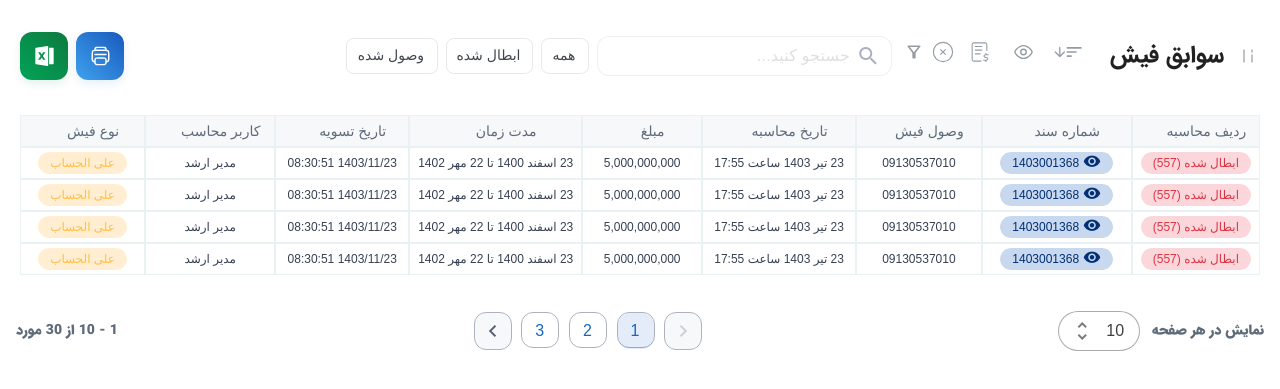
Repository: mobinazarein/data-table
Page: /
The author's editor kept a copy of each file at every save. The page is drawn from the files as they stood at one save, then again after the next save.
The browser window is 1280 px wide. The pictures show the whole page.
Some web fonts or font styles are not loaded; a fallback is used. The project was rebuilt for these pictures with package versions that can differ from the ones it lists, and the page was loaded fresh each time. Also part of the build but not shown: vue.config.js.

Above is the page before, as saved 2025-03-26 10:40:14.

### public/index.html
<!DOCTYPE html>
<html lang="en" dir="rtl">
  <head>
    <meta charset="utf-8">
    <meta http-equiv="X-UA-Compatible" content="IE=edge">
    <meta name="viewport" content="width=device-width,initial-scale=1.0">
    <link rel="icon" href="<%= BASE_URL %>favicon.ico">
    <title><%= htmlWebpackPlugin.options.title %></title>
  </head>
  <body>
    <noscript>
      <strong>We're sorry but <%= htmlWebpackPlugin.options.title %> doesn't
        work properly without JavaScript enabled. Please enable it to
        continue.</strong>
    </noscript>
    <div id="app"></div>
    <!-- built files will be auto injected -->
  </body>
</html>

### src/assets/base.scss
// @import "./styles/fonts";

*,
*::before,
*::after {
  box-sizing: border-box;
  margin: 0;
  font-weight: normal;
  font-family: "IRANSans", sans-serif;
  letter-spacing: 0;
}

body {
  font-family: "IRANSans", sans-serif !important;
}
h1,
h2 {
  font-family: "IRANSans", sans-serif;
  font-weight: 700;
}
p {
  font-family: "IRANSans", sans-serif;
  font-weight: 400;
}
.v-field.v-field--center-affix.v-field--prepended.v-field--variant-outlined.v-theme--light.v-locale--is-rtl {
  border-radius: 12px !important;
}
.v-field__prepend-inner {
  color: #737993;
}

label.v-label.v-field-label {
  color: #c7cacf;
}

.v-field.v-field--center-affix.v-field--prepended.v-field--variant-outlined.v-theme--light.v-locale--is-rtl {
  color: #77787f4d;
}
/* .v-table__wrapper {
  overflow: hidden;
} */
.v-data-table thead {
  background-color: #f6f8fa !important;
  width: 138.41665649414062px;
  height: 32px !important;
}

.v-data-table thead th {
  height: 32px !important;
  color: #5f6b7a !important;
  font-weight: 700 !important;
  border: 1px solid #eaf1f2 !important;
  padding: 0 8px !important;
}

.v-data-table tbody tr td {
  height: 32px !important;
  color: #364153 !important;
  font-weight: 500 !important;
  border: 1px solid #eaf1f2 !important;
  white-space: nowrap !important;
  overflow: hidden !important;
  text-overflow: ellipsis !important;
  height: 32px !important;
  padding: 0 8px !important;
  font-size: 12px !important;
  padding: 0 8px !important;
  font-weight: 400 !important;
}

.v-data-table tbody tr {
  height: 32px !important;
}

td.v-data-table__td.v-data-table-column--align-center {
  font-size: 12px !important;
  height: 32px !important;
}

th {
  white-space: nowrap;
}

.custom-pagination .v-pagination__item {
  border-radius: 12px !important;
  min-width: 36px !important;
  height: 36px !important;
  font-size: 14px !important;
  color: #5b6176 !important;
  border: 1px solid #aeb2c0 !important;
}

.custom-pagination .v-pagination__item--active {
  border-radius: 12px !important;
  min-width: 36px !important;
  height: 36px !important;
  background-color: #b8dada !important;
  color: #148976 !important;
  border: 1px solid #148976 !important;
  font-weight: bold !important;
  box-shadow: none !important;
}

### src/components/DataTable.vue
<template>
  <v-container fluid>
    <!-- desktop -->
    <v-row class="align-center py-3 px-1 d-none d-md-flex" no-gutters>
      <v-col cols="12" md="10" class="d-flex align-center  justify-start">
        <div class="d-flex align-center gap-24 justify-start">
          <div class="d-flex align-center text-nowrap">
            <component :is="iconComponent" />
            <h2 class="mr-3 ml-5 text-nowrap " style="white-space: nowrap;">{{ title }}</h2>
          </div>
          <!-- <PaginationIcon class="mx-1" />
          <EyeIcon class="mx-1" />
          <InvoiceIcon class="mx-1 ml-2" />
          <CircleCross class="mx-1 ml-2" />
          <FilterIcon class="mx-1" /> -->
          <div v-for="(icon, index) in iconList" :key="index">
            <component v-if="icon" :is="icon" class="mx-1" />
          </div>
          <v-text-field v-if="showSearchBtn" variant="outlined" density="compact" hide-details
            class="custom-text-field mx-2" label="جستجو کنید..." prepend-inner-icon="mdi-magnify" width="295.6875px" />
          <!-- <v-btn variant="outlined" color="gray" class="rounded-lg ml-2 filter-btn"
            style="max-width: 48px;min-width: 48px;font-size: 14px !important;">همه</v-btn>
          <v-btn variant="outlined" color="gray" class="ml-2 rounded-lg filter-btn"
            style="max-width: 87px;min-width: 87px;font-size: 14px !important;">ابطال شده</v-btn>
          <v-btn variant="outlined" color="gray" class="ml-2 rounded-lg filter-btn px-3"
            style="max-width: 92px;min-width: 92px;font-size: 14px !important;">وصول شده</v-btn> -->
          <v-btn v-for="(button, index) in buttons" :key="index" variant="outlined" color="gray"
            class="ml-2 rounded-lg filter-btn"
            :style="{ maxWidth: button.width + 'px', minWidth: button.width + 'px', fontSize: button.fontSize, borderRadius: button.borderRadius }">
            {{ button.label }}
          </v-btn>
        </div>
      </v-col>
      <v-col cols="auto" md="2" class="d-flex align-center justify-end" v-if="props.showExportButtons">
        <v-btn icon variant="flat" class="ml-2 printer-btn">
          <PrinterIcon />
        </v-btn>
        <v-btn icon variant="flat" class="excel-btn">
          <ExcelIcon />
        </v-btn>
      </v-col>
    </v-row>
    <!-- mobile-->
    <v-row class="align-center d-flex d-md-none flex-no-wrap justify-between ">
      <v-col cols="12" class="d-flex align-center flex-no-wrap">
        <v-row no-gutters>
          <v-col cols="12">
            <div class="d-flex justify-space-between gap-8">
              <h2 class="text-nowrap " style="font-size: 20px; font-weight: 700;">{{ title }}</h2>
              <div class="d-flex">
                <v-btn variant="outlined"
                  style="max-width: 44px !important;min-width:44px !important;height: 40px !important;font-size: 12px;font-weight: 400;border-radius: 62px !important;"
                  color="gray" class="rounded-xl px-4 ml-2 filter-btn">همه</v-btn>
                <v-btn variant="outlined"
                  style="max-width: 80px !important;min-width:74px !important;height: 40px !important;font-size: 12px;font-weight: 400;border-radius: 42px !important;"
                  color="gray" class="ml-2 rounded-xl px-4 filter-btn">ابطال شده</v-btn>
                <v-btn variant="outlined" color="gray" class=" rounded-xl px-4 filter-btn ml-1"
                  style="max-width: 89px !important;min-width:77px !important;height: 40px !important;font-size: 12px;font-weight: 400;border-radius: 42px !important;">وصول
                  شده</v-btn>
                <!-- <v-btn v-for="(button, index) in buttons" :key="index" variant="outlined" color="gray"
            class="ml-2 rounded-lg filter-btn"
            :style="{ maxWidth: button.width + 'px', minWidth: button.width + 'px', fontSize: button.fontSize, borderRadius: button.borderRadius }">
            {{ button.label }}
          </v-btn> -->
              </div>
            </div>
          </v-col>
        </v-row>
      </v-col>
      <v-col cols="12" class="d-flex justify-center">
        <div class="d-flex flex-column ">
          <div class="gap-8 d-flex justify-space-between flex-wrap">
            <PaginationIcon class="mx-1" />
            <EyeIcon class="mx-1" />
            <InvoiceIcon class="mx-1" />
            <CircleCross class="mx-1 mt-3 mr-3" />
            <FilterIcon class="mx-1 mt-3 mr-3" />
            <PrinterIcon iconColor="#767E8A" class="mx-1 mt-3 mr-3" />
            <ExcelIcon iconColor="#767E8A" class="mx-1 mt-3 mr-3  ml-5" />
          </div>
          <v-text-field width="341px" variant="outlined" hide-details class="custom-text-field mx-2"
            label="جستجو کنید..." prepend-inner-icon="mdi-magnify" v-if="showSearchBtn" />
        </div>
      </v-col>
    </v-row>
    <v-row no-gutters class="px-1">
      <v-col cols="12" md="12" class="mt-5">
        <v-data-table :headers="headers" :items="items" :items-per-page="props.itemsPerPage" hide-default-footer>
          <template v-for="column in props.customStyles" #[`item.${column.key}`]="{ item }" :key="column.key">
            <v-chip
              :style="{ backgroundColor: column.bgColor, color: column.textColor, height: '22px', fontSize: '12px', cursor: column.icon ? 'pointer' : 'default' }"
              class="font-weight-bold">
              <v-icon v-if="column.icon" :color="column.iconColor" :size="column.iconSize" class="ml-1 mb-1">
                {{ column.icon }}
              </v-icon>
              {{ item[column.key] }}
            </v-chip>
          </template>
        </v-data-table>
      </v-col>
    </v-row>
    <v-row class="justify-space-between d-md-none align-center px-1 mt-8 ">
      <div class="d-flex align-center ">
        <p class="footer-text">نمایش در هر صفحه</p>
        <v-select v-model="itemsPerPage" :items="[10, 20, 50]" density="compact" variant="outlined" rounded="pill"
          class="custom-select mr-3" hide-details menu-icon="mdi-unfold-more-horizontal"></v-select>
      </div>
      <div class="footer-middle">
        <span class="footer-text"> {{ startIndex }} - {{ endIndex }} از {{ totalItems }} مورد </span>
      </div>
      <div class="mt-5" style="margin-left: auto; margin-right: auto;">
        <v-pagination v-model="page" :length="totalPages" total-visible="5" rounded density="comfortable"
          color="primary" class="custom-pagination"></v-pagination>
      </div>
    </v-row>
    <v-row class="justify-space-between d-none d-md-flex align-center px-3 mt-8">
      <div class="d-flex align-center ">
        <p class="footer-text">نمایش در هر صفحه</p>
        <v-select v-model="itemsPerPage" :items="[10, 20, 50]" density="compact" variant="outlined" rounded="pill"
          class="custom-select mr-3" hide-details menu-icon="mdi-unfold-more-horizontal"></v-select>
      </div>
      <div class="footer-right">
        <v-pagination v-model="page" :length="totalPages" total-visible="5" rounded density="comfortable"
          color="primary" class="custom-pagination"></v-pagination>
      </div>
      <div class="footer-middle">
        <span class="footer-text"> {{ startIndex }} - {{ endIndex }} از {{ totalItems }} مورد </span>
      </div>
    </v-row>
  </v-container>
</template>
<script setup>
import PaginationIcon from '@/assets/Icons/PaginationIcon.vue';
import EyeIcon from '@/assets/Icons/EyeIcon.vue';
import InvoiceIcon from '@/assets/Icons/InvoiceIcon.vue';
import CircleCross from '@/assets/Icons/CircleCross.vue';
import FilterIcon from '@/assets/Icons/FilterIcon.vue';
import PrinterIcon from '@/assets/Icons/PrinterIcon.vue';
import ExcelIcon from '@/assets/Icons/ExcelIcon.vue';
import { ref, computed } from 'vue';
import { defineProps } from 'vue';
const props = defineProps({
  itemsPerPage: {
    type: Number,
    default: 10,
  },
  showExportButtons: {
    type: Boolean,
    default: true,
  },
  showSearchBtn: {
    type: Boolean,
    default: true
  },
  customStyles: { type: Array, default: () => [] },
  customIcon: { type: Array, default: () => [] },
  headers: { type: Array, required: true },
  items: { type: Array, required: true },
  title: {
    type: String,
    required: true
  },
  iconComponent: {
    type: [String, Object],
    required: true
  },
  iconList: {
    type: Array,
    required: true
  },
  buttons: {
    type: Array,
    required: true,
    default: () => [
      { label: "همه", width: 48 },
      { label: "ابطال شده", width: 87 },
      { label: "وصول شده", width: 92 }
    ]
  }
});
const page = ref(1);
const totalItems = ref(30);
const itemsPerPage = ref(props.itemsPerPage);
const totalPages = computed(() => Math.ceil(totalItems.value / itemsPerPage.value));
const startIndex = computed(() => (page.value - 1) * itemsPerPage.value + 1);
const endIndex = computed(() => Math.min(page.value * itemsPerPage.value, totalItems.value));
</script>
<style>
.custom-text-field :deep(.v-input__control) {
  height: 38px;
}

.excel-btn {
  background: linear-gradient(45deg, #02A357, #0D7A40) !important;
  color: white !important;
  border-radius: 12px !important;
  box-shadow: 0px 4px 10px #0A88481A !important;
  width: 48px !important;
  height: 48px !important;
}

.printer-btn {
  border-radius: 12px !important;
  box-shadow: 0px 4px 10px #216BCA1A !important;
  background: linear-gradient(45deg, #3FA2ED, #1859BD) !important;
  color: white !important;
  width: 48px !important;
  height: 48px !important;
}

.filter-btn:hover,
.filter-btn:focus,
.filter-btn.v-btn--active {
  background-color: #B8DADA !important;
  color: #148976 !important;
  border-color: #148976 !important;
}

.filter-btn {
  border-color: #AEB2C04D !important;
  color: #40474F !important;
  line-height: 180% !important;
  padding: 0px 12px !important;
}

.footer-text {
  color: #5F6B7A;
  font-size: 14px;
  font-weight: 500;
}

.custom-select {
  max-width: 90px;
}

.custom-pagination {
  --v-pagination-height: 40px;
}

button.v-btn.v-btn--icon.v-theme--light.text-primary.v-btn--density-comfortable.v-btn--rounded.v-btn--size-default.v-btn--variant-text {
  border-radius: 12px !important;
}

.custom-pagination .v-pagination__prev,
.custom-pagination .v-pagination__next {
  border-radius: 12px !important;
  background-color: #F6F8FA !important;
  color: #5B6176 !important;
  border: 1px solid #AEB2C0 !important;
}

.mdi-chevron-right::before {
  color: #5B6176 !important;
}

.mdi-chevron-left::before {
  color: #5B6176 !important;
}

.custom-pagination .v-pagination__prev:hover,
.custom-pagination .v-pagination__next:hover,
.custom-pagination .v-pagination__prev:focus,
.custom-pagination .v-pagination__next:focus,
.custom-pagination .v-pagination__prev.v-pagination__item--active,
.custom-pagination .v-pagination__next.v-pagination__item--active {
  border: 1px solid #148976 !important;
  color: #148976 !important;
}

.custom-pagination .v-pagination__item--active,
.custom-pagination .v-pagination__item:focus {
  border-radius: 12px !important;
  min-width: 36px !important;
  height: 36px !important;
  background-color: #D8EEF2 !important;
  color: #148976 !important;
  border: 1px solid #148976 !important;
  font-weight: bold !important;
}

.custom-pagination .v-pagination__item:hover {
  border: 1px solid #148976 !important;
  color: #148976 !important;
}

.custom-pagination .v-pagination__prev:hover,
.custom-pagination .v-pagination__next:hover {
  border: 1px solid #148976 !important;
  color: #148976 !important;
}

.footer-middle {
  font-size: 14px;
  color: #5F6B7A;
  font-weight: 500;
}
</style>

### src/assets/Icons/PauseIcon.vue
<template>
    <svg width="24" height="24" viewBox="0 0 24 24" fill="none" xmlns="http://www.w3.org/2000/svg">
        <path d="M8 6V18M16 6V8M16 18V11" stroke="#ADB0B4" stroke-width="1.5" stroke-linecap="round"
            stroke-linejoin="round" />
    </svg>
</template>

### src/assets/Icons/PaginationIcon.vue
<template>
    <svg width="36" height="48" viewBox="0 0 36 48" fill="none" xmlns="http://www.w3.org/2000/svg">
<path d="M9.79481 19.4529V28.5469M9.79481 28.5469L14.3418 23.9999M9.79481 28.5469L5.2478 23.9999" stroke="#969CA6" stroke-width="1.29915" stroke-linecap="round" stroke-linejoin="round"/>
<path d="M16.7693 28.9231H21.6924V27.282H16.7693V28.9231ZM16.7693 19.0769V20.7179H31.5385V19.0769H16.7693ZM16.7693 24.8205H26.6154V23.1795H16.7693V24.8205Z" fill="#969CA6"/>
</svg>
</template>

### src/assets/Icons/EyeIcon.vue
<template>
    <svg width="37" height="48" viewBox="0 0 37 48" fill="none" xmlns="http://www.w3.org/2000/svg">
<path d="M18.5 17.5833C21.4713 17.5833 24.0781 19.7396 25.7446 21.5522C26.4843 22.3568 26.8542 22.7591 26.979 23.5925C27.0096 23.7966 27.0096 24.2033 26.979 24.4073C26.8542 25.2407 26.4843 25.643 25.7446 26.4477C24.0781 28.2603 21.4713 30.4166 18.5 30.4166C15.5288 30.4166 12.922 28.2603 11.2555 26.4477C10.5158 25.643 10.1459 25.2407 10.0211 24.4073C9.99049 24.2033 9.99049 23.7966 10.0211 23.5925C10.1459 22.7591 10.5158 22.3568 11.2555 21.5522C12.922 19.7396 15.5288 17.5833 18.5 17.5833Z" stroke="#969CA6" stroke-width="1.375" stroke-linejoin="round"/>
<path d="M21.25 24C21.25 25.5188 20.0188 26.75 18.5 26.75C16.9812 26.75 15.75 25.5188 15.75 24C15.75 22.4812 16.9812 21.25 18.5 21.25C20.0188 21.25 21.25 22.4812 21.25 24Z" stroke="#969CA6" stroke-width="1.375" stroke-linejoin="round"/>
</svg>
</template>

### src/assets/Icons/InvoiceIcon.vue
<template>
    <svg width="35" height="48" viewBox="0 0 35 48" fill="none" xmlns="http://www.w3.org/2000/svg">
<path d="M26.6666 26.1999H23.9166V27.2999H26.6666V26.1999ZM23.9166 26.1999H23.4583V27.2999H23.9166V26.1999ZM23.4583 30.0499H24.375V28.9499H23.4583V30.0499ZM24.375 31.6999H23.9166V32.7999H24.375V31.6999ZM23.9166 31.6999H21.1666V32.7999H23.9166V31.6999ZM25.2 30.8749C25.2 31.3306 24.8306 31.6999 24.375 31.6999V32.7999C25.4381 32.7999 26.3 31.9381 26.3 30.8749H25.2ZM24.375 30.0499C24.8306 30.0499 25.2 30.4193 25.2 30.8749H26.3C26.3 29.8118 25.4381 28.9499 24.375 28.9499V30.0499ZM21.5333 28.1249C21.5333 29.1881 22.3951 30.0499 23.4583 30.0499V28.9499C23.0027 28.9499 22.6333 28.5806 22.6333 28.1249H21.5333ZM23.4583 26.1999C22.3951 26.1999 21.5333 27.0618 21.5333 28.1249H22.6333C22.6333 27.6693 23.0027 27.2999 23.4583 27.2999V26.1999ZM24.4666 26.7499V24.9166H23.3666V26.7499H24.4666ZM23.3666 32.2499V34.0833H24.4666V32.2499H23.3666ZM13.8333 15.3833H21.1666V14.2833H13.8333V15.3833ZM19.3333 32.6166H13.8333V33.7166H19.3333V32.6166ZM10.7166 29.4999V18.4999H9.61663V29.4999H10.7166ZM13.8333 32.6166C12.9535 32.6166 12.349 32.6154 11.8949 32.5544C11.4567 32.4954 11.2418 32.39 11.0925 32.2407L10.3147 33.0185C10.7024 33.4062 11.1881 33.5692 11.7483 33.6446C12.2928 33.7178 12.9846 33.7166 13.8333 33.7166V32.6166ZM9.61663 29.4999C9.61663 30.3486 9.61546 31.0405 9.68865 31.5849C9.76397 32.1451 9.92698 32.6308 10.3147 33.0185L11.0925 32.2407C10.9432 32.0914 10.8378 31.8766 10.7788 31.4383C10.7178 30.9842 10.7166 30.3797 10.7166 29.4999H9.61663ZM21.1666 15.3833C22.0464 15.3833 22.6509 15.3844 23.105 15.4455C23.5433 15.5044 23.7582 15.6099 23.9074 15.7591L24.6852 14.9813C24.2975 14.5936 23.8118 14.4306 23.2516 14.3553C22.7072 14.2821 22.0153 14.2833 21.1666 14.2833V15.3833ZM25.3833 18.4999C25.3833 17.6512 25.3845 16.9594 25.3113 16.415C25.2359 15.8547 25.0729 15.369 24.6852 14.9813L23.9074 15.7591C24.0567 15.9084 24.1622 16.1233 24.2211 16.5615C24.2821 17.0156 24.2833 17.6201 24.2833 18.4999H25.3833ZM13.8333 14.2833C12.9846 14.2833 12.2928 14.2821 11.7483 14.3553C11.1881 14.4306 10.7024 14.5936 10.3147 14.9813L11.0925 15.7591C11.2418 15.6099 11.4567 15.5044 11.8949 15.4455C12.349 15.3844 12.9535 15.3833 13.8333 15.3833V14.2833ZM10.7166 18.4999C10.7166 17.6201 10.7178 17.0156 10.7788 16.5615C10.8378 16.1233 10.9432 15.9084 11.0925 15.7591L10.3147 14.9813C9.92698 15.369 9.76397 15.8547 9.68865 16.415C9.61546 16.9594 9.61663 17.6512 9.61663 18.4999H10.7166ZM24.2833 18.4999V23.0833H25.3833V18.4999H24.2833ZM12.9166 19.0499H20.25V17.9499H12.9166V19.0499ZM12.9166 22.7166H20.25V21.6166H12.9166V22.7166ZM12.9166 26.3833H18.4166V25.2833H12.9166V26.3833Z" fill="#969CA6"/>
</svg>
</template>

### src/assets/Icons/CircleCross.vue
<template>
    <svg width="22" height="22" viewBox="0 0 21 20" fill="none" xmlns="http://www.w3.org/2000/svg">
        <path
            d="M7.90736 7.40719L13.0928 12.5926M13.0927 7.40719L7.90726 12.5926M19.6667 9.99992C19.6667 15.0625 15.5627 19.1666 10.5 19.1666C5.43743 19.1666 1.33337 15.0625 1.33337 9.99992C1.33337 4.93731 5.43743 0.833252 10.5 0.833252C15.5627 0.833252 19.6667 4.93731 19.6667 9.99992Z"
            stroke="#969CA6" stroke-width="1.1" />
    </svg>
</template>

### src/assets/Icons/FilterIcon.vue
<template>
    <svg width="20" height="20" viewBox="0 0 20 20" fill="none" xmlns="http://www.w3.org/2000/svg">
<path d="M5.90159 5.07682H14.1067L9.99595 10.246L5.90159 5.07682ZM3.64518 4.75682C5.30262 6.88194 8.36313 10.8204 8.36313 10.8204V15.7435C8.36313 16.1948 8.73236 16.564 9.18364 16.564H10.8247C11.276 16.564 11.6452 16.1948 11.6452 15.7435V10.8204C11.6452 10.8204 14.6975 6.88194 16.3549 4.75682C16.7734 4.21528 16.3877 3.43579 15.7067 3.43579H4.29339C3.61236 3.43579 3.22672 4.21528 3.64518 4.75682Z" fill="#969CA6"/>
</svg>
</template>

### src/assets/styles/_fonts.scss
@font-face {
  font-family: "IRANSans";
  src: url("/public/fonts/IRANSans.woff2") format("woff2");
  font-weight: 400;
  font-style: normal;
  font-display: swap;
}

@font-face {
  font-family: "IRANSans";
  src: url("/public/fonts/IRANSans_Black.woff2") format("woff2");
  font-weight: 500;
  font-style: normal;
  font-display: swap;
}

@font-face {
  font-family: "IRANSans";
  src: url("/public/fonts/IRANSans_Bold.woff2") format("woff2");
  font-weight: 800;
  font-style: normal;
  font-display: swap;
}

### src/assets/Icons/PrinterIcon.vue
<template>
    <svg
      width="23"
      height="24"
      viewBox="0 0 23 24"
      fill="none"
      xmlns="http://www.w3.org/2000/svg"
      :style="{ color: iconColor }"
    >
      <path
        d="M6 10.5641H17M6 17.7447V17.7447C5.66891 17.7447 5.50337 17.7447 5.36418 17.7283C4.26359 17.599 3.39569 16.7311 3.26636 15.6305C3.25 15.4913 3.25 15.3257 3.25 14.9947V10.5641C3.25 8.76909 3.25 7.87158 3.70712 7.24241C3.85475 7.03921 4.03345 6.86052 4.23664 6.71289C4.86582 6.25577 5.76332 6.25577 7.55833 6.25577H15.4417C17.2367 6.25577 18.1342 6.25577 18.7634 6.71289C18.9666 6.86052 19.1452 7.03921 19.2929 7.24241C19.75 7.87158 19.75 8.76909 19.75 10.5641V14.9947C19.75 15.3257 19.75 15.4913 19.7336 15.6305C19.6043 16.7311 18.7364 17.599 17.6358 17.7283C17.4966 17.7447 17.3311 17.7447 17 17.7447V17.7447M6 17.7447V17.7447C6 18.6368 6 19.0829 6.14576 19.4348C6.3401 19.904 6.71286 20.2768 7.18205 20.4711C7.53393 20.6169 7.98003 20.6169 8.87222 20.6169H14.1278C15.02 20.6169 15.4661 20.6169 15.818 20.4711C16.2871 20.2768 16.6599 19.904 16.8542 19.4348C17 19.0829 17 18.6368 17 17.7447V17.7447M6 17.7447V17.3617C6 15.9257 6 15.2077 6.3657 14.7043C6.4838 14.5418 6.62676 14.3988 6.78931 14.2807C7.29265 13.915 8.01066 13.915 9.44667 13.915H13.5533C14.9893 13.915 15.7073 13.915 16.2107 14.2807C16.3732 14.3988 16.5162 14.5418 16.6343 14.7043C17 15.2077 17 15.9257 17 17.3617V17.7447M17 6.25577V6.25577C17 5.36358 17 4.91748 16.8542 4.56559C16.6599 4.09641 16.2871 3.72364 15.818 3.5293C15.4661 3.38354 15.02 3.38354 14.1278 3.38354H8.87222C7.98003 3.38354 7.53393 3.38354 7.18205 3.5293C6.71286 3.72364 6.3401 4.09641 6.14576 4.56559C6 4.91748 6 5.36358 6 6.25577V6.25577H17Z"
        stroke="currentColor"
        stroke-width="1.43611"
        stroke-linecap="round"
        stroke-linejoin="round"
      />
    </svg>
  </template>

  <script setup>
  import { defineProps } from 'vue';

  defineProps({
    iconColor: {
      type: String,
      default: 'white',
    },
  });
  </script>

### src/assets/Icons/ExcelIcon.vue
<template>
    <svg
      width="23"
      height="22"
      viewBox="0 0 23 22"
      fill="none"
      xmlns="http://www.w3.org/2000/svg"
      :style="{ color: iconColor }"
    >
      <g clip-path="url(#clip0_397_6997)">
        <path
          d="M3.12085 2.63712L14.6434 0.991705C14.7084 0.982376 14.7747 0.987136 14.8377 1.00566C14.9007 1.02419 14.959 1.05604 15.0087 1.09908C15.0583 1.14211 15.0981 1.19531 15.1254 1.25507C15.1527 1.31483 15.1668 1.37976 15.1668 1.44546V20.5543C15.1668 20.6199 15.1527 20.6847 15.1254 20.7444C15.0982 20.8041 15.0585 20.8573 15.009 20.9003C14.9594 20.9433 14.9012 20.9752 14.8383 20.9938C14.7754 21.0124 14.7092 21.0172 14.6443 21.008L3.11994 19.3626C2.90142 19.3315 2.70147 19.2226 2.55682 19.0559C2.41216 18.8892 2.33252 18.6758 2.33252 18.4551V3.54462C2.33252 3.3239 2.41216 3.11059 2.55682 2.94388C2.70147 2.77716 2.90234 2.66824 3.12085 2.63712ZM16.0834 2.74987H19.7501C19.9932 2.74987 20.2264 2.84645 20.3983 3.01836C20.5702 3.19027 20.6668 3.42342 20.6668 3.66654V18.3332C20.6668 18.5763 20.5702 18.8095 20.3983 18.9814C20.2264 19.1533 19.9932 19.2499 19.7501 19.2499H16.0834V2.74987ZM9.8501 10.9999L12.4168 7.33321H10.2168L8.7501 9.42871L7.28344 7.33321H5.08344L7.6501 10.9999L5.08344 14.6665H7.28344L8.7501 12.571L10.2168 14.6665H12.4168L9.8501 10.9999Z"
          fill="currentColor"
        />
      </g>
      <defs>
        <clipPath id="clip0_397_6997">
          <rect width="22" height="22" fill="white" transform="translate(0.5)" />
        </clipPath>
      </defs>
    </svg>
  </template>

  <script setup>
  import { defineProps } from 'vue';

  defineProps({
    iconColor: {
      type: String,
      default: 'white',
    },
  });
  </script>

Loaded but not shown: src/plugins/vuetify.js (17 lines, source omitted); src/main.js (9 lines, source omitted); src/App.vue (94 lines, source omitted)

After the next save:
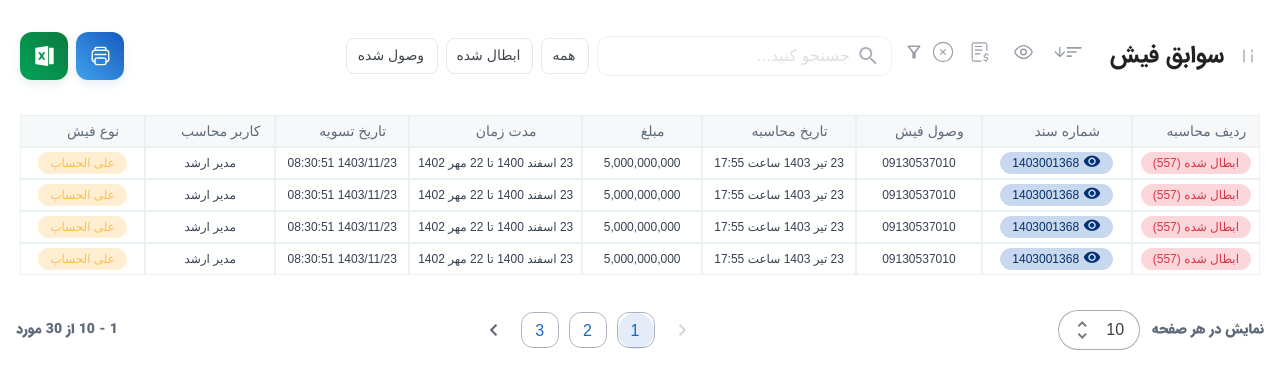
Saved 17 s later.
--- a/src/components/DataTable.vue
+++ b/src/components/DataTable.vue
@@ -237,18 +237,6 @@ const endIndex = computed(() => Math.min(page.value * itemsPerPage.value, totalI
   --v-pagination-height: 40px;
 }
 
-button.v-btn.v-btn--icon.v-theme--light.text-primary.v-btn--density-comfortable.v-btn--rounded.v-btn--size-default.v-btn--variant-text {
-  border-radius: 12px !important;
-}
-
-.custom-pagination .v-pagination__prev,
-.custom-pagination .v-pagination__next {
-  border-radius: 12px !important;
-  background-color: #F6F8FA !important;
-  color: #5B6176 !important;
-  border: 1px solid #AEB2C0 !important;
-}
-
 .mdi-chevron-right::before {
   color: #5B6176 !important;
 }

After the save that followed:
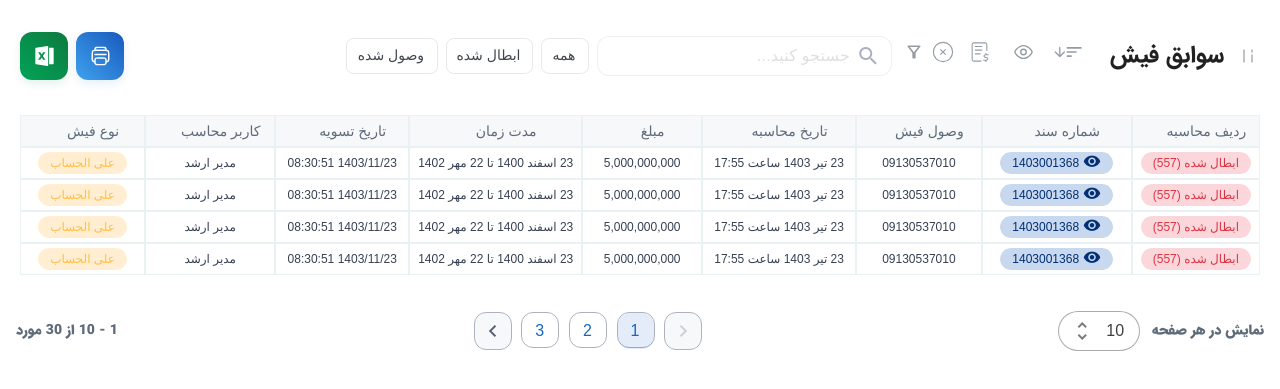
Saved 2 s later.
--- a/src/assets/base.scss
+++ b/src/assets/base.scss
@@ -100,3 +100,14 @@ th {
   font-weight: bold !important;
   box-shadow: none !important;
 }
+button.v-btn.v-btn--icon.v-theme--light.text-primary.v-btn--density-comfortable.v-btn--rounded.v-btn--size-default.v-btn--variant-text {
+  border-radius: 12px !important;
+}
+
+.custom-pagination .v-pagination__prev,
+.custom-pagination .v-pagination__next {
+  border-radius: 12px !important;
+  background-color: #f6f8fa !important;
+  color: #5b6176 !important;
+  border: 1px solid #aeb2c0 !important;
+}
